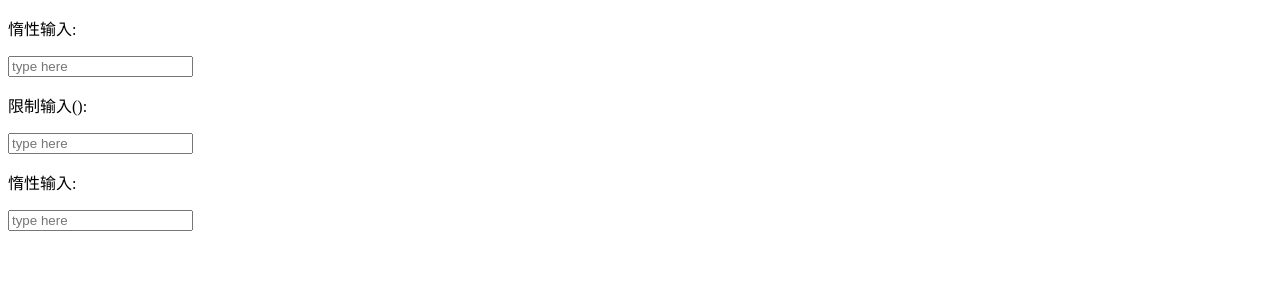
Repository: LavriaNeptune/vue-playground
Page: essentials/form-input-bindings/modifiers-for-input.html
An editor plug-in stored every save of this project. The page is shown before and after the next save, followed by the edit.
The browser window is 1280 px wide. The pictures show the whole page.

Above is the page before, as saved 2022-08-20 05:45:53.

### essentials/form-input-bindings/modifiers-for-input.html
<!DOCTYPE html>
<html lang="en">
  <head>
    <meta charset="UTF-8" />
    <title>Vue</title>
    <script src="https://unpkg.com/vue@3"></script>
  </head>
  <body>
    <div id="app">
      <p>惰性输入:{{messageOne}}</p>
      <input type="text" v-model.lazy="messageOne" placeholder="type here" />

      <p>限制输入():{{messageTwo}}</p>
      <input type="text" v-model="messageTwo" placeholder="type here" />

      <p>惰性输入:{{messageThree}}</p>
      <input type="text" v-model="messageThree" placeholder="type here" />
    </div>

    <script>
      const { createApp } = Vue;
      const App = createApp({
        data() {
          return {
            message: '',
          };
        },
      }).mount('#app');
    </script>
  </body>
</html>

After the next save:
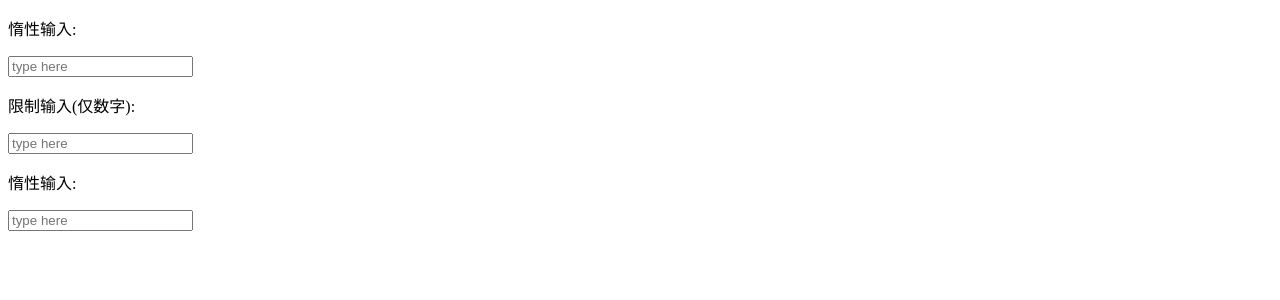
Saved 4 s later.
--- a/essentials/form-input-bindings/modifiers-for-input.html
+++ b/essentials/form-input-bindings/modifiers-for-input.html
@@ -10,7 +10,7 @@
       <p>惰性输入:{{messageOne}}</p>
       <input type="text" v-model.lazy="messageOne" placeholder="type here" />
 
-      <p>限制输入():{{messageTwo}}</p>
+      <p>限制输入(仅数字):{{messageTwo}}</p>
       <input type="text" v-model="messageTwo" placeholder="type here" />
 
       <p>惰性输入:{{messageThree}}</p>
